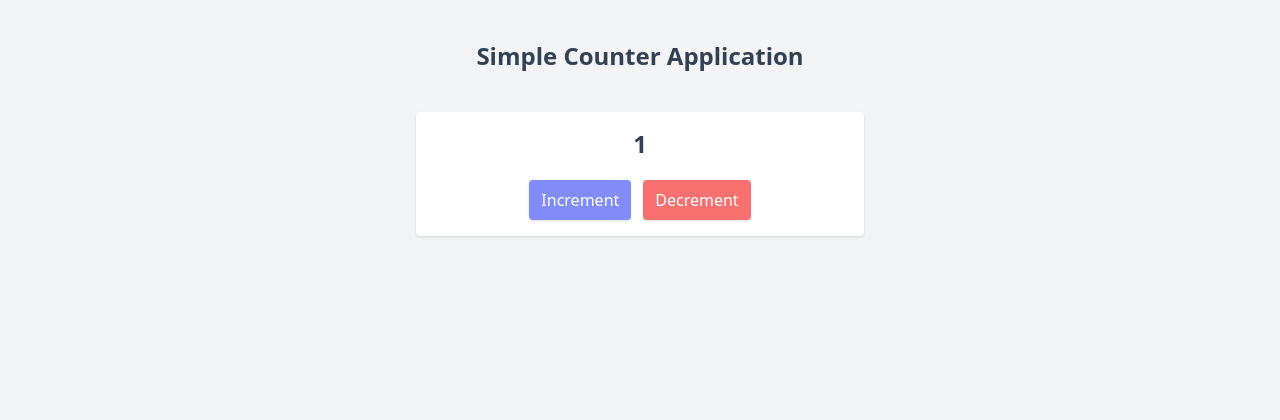
Repository: Wahid137/simple-counter-redux
Page: /
The author's editor kept a copy of each file at every save. The page is drawn from the files as they stood at one save, then again after the next save.
The browser window is 1280 px wide. The pictures show the whole page.
Some web libraries are served in a nearby version. The project was rebuilt for these pictures with package versions that can differ from the ones it lists, and the page was loaded fresh each time.

Above is the page before, as saved 2023-11-06 15:53:31.

After the next save:
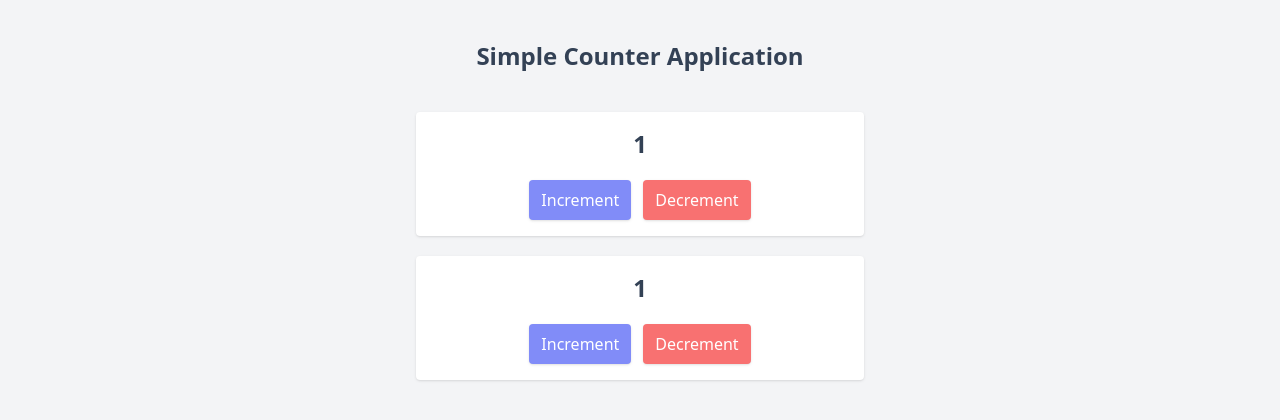
Saved 14 s later.
--- a/src/App.js
+++ b/src/App.js
@@ -1,6 +1,7 @@
 import { Provider } from "react-redux";
 import store from "./redux/store";
 import HooksCounter from "./components/HooksCounter";
+import DynamicHooksCounter from "./components/DynamicHooksCounter";
 
 export default function App() {
     return (
@@ -12,6 +13,7 @@ export default function App() {
 
                 <div className="max-w-md mx-auto mt-10 space-y-5">
                     <HooksCounter />
+                    <DynamicHooksCounter />
                 </div>
             </div>
         </Provider>
